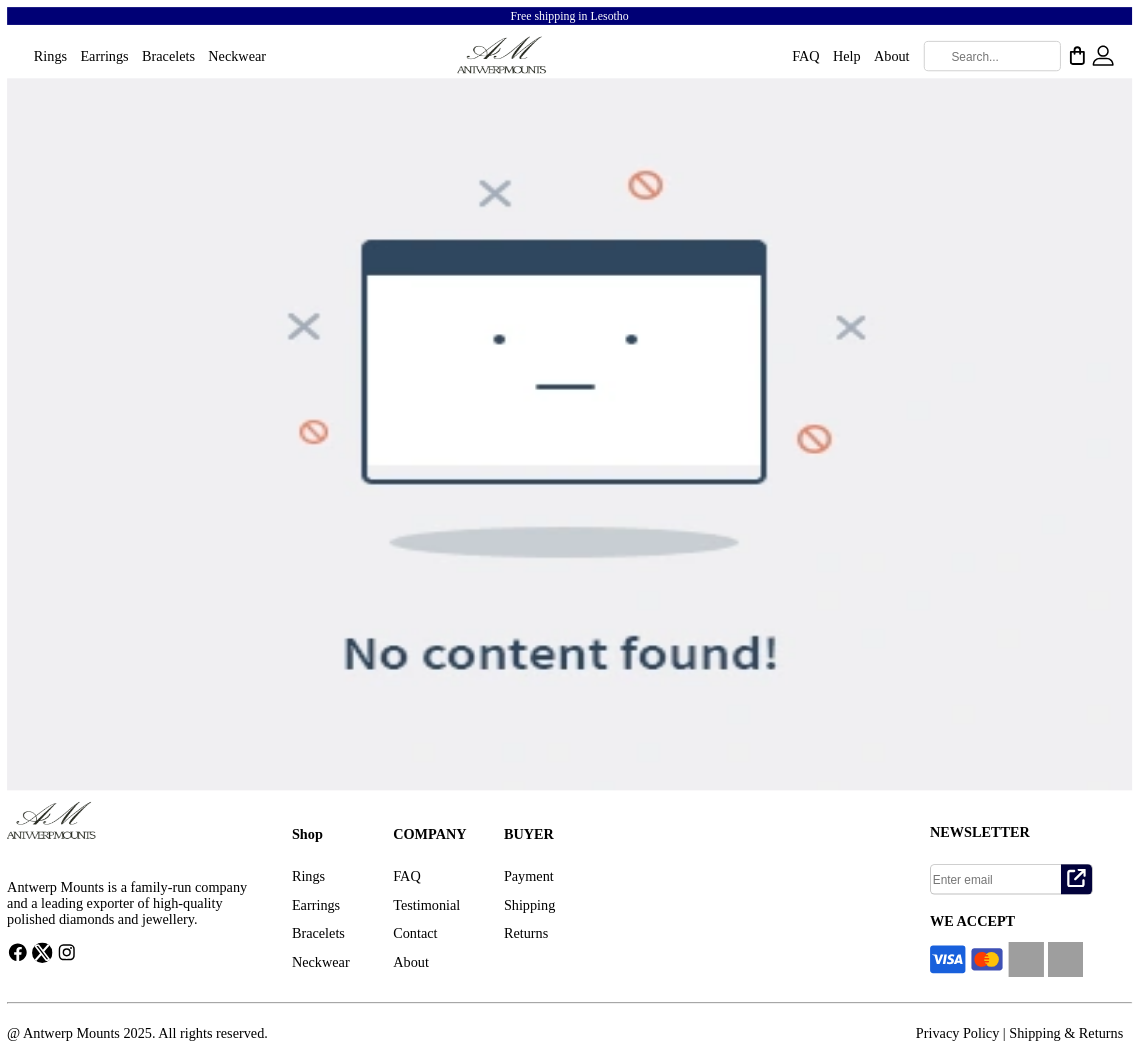
Repository: kea-0424/Web-Development-Project-1
Page: First_collaboration/JewelarySite.html
The author's editor kept a copy of each file at every save. The page is drawn from the files as they stood at one save, then again after the next save.
The browser window is 1280 px wide. The pictures show the whole page, at 89% of full size.
Pictures or frames that could not be fetched are drawn as grey boxes.

Above is the page before, as saved 2025-01-23 11:09:03.

### First_collaboration/JewelarySite.html
<!DOCTYPE html>
<html lang="en">
<head>
    <meta charset="UTF-8">
    <meta name="viewport" content="width=device-width, initial-scale=1.0">
    <title>Document</title>
    <link rel="stylesheet" href="./JewelarySite.css">
</head>
<body>
    <header>
        <div class="notification">
            <span>Free shipping in Lesotho</span>
        </div>
        <nav>
                <ul class="navigations"  id="right_nav">
                    <li class="navbar_links"><a href="#">Rings</a></li>
                    <li class="navbar_links"><a href="#">Earrings</a></li>
                    <li class="navbar_links"><a href="#">Bracelets</a></li>
                    <li class="navbar_links"><a href="#">Neckwear</a></li>
                </ul>

            <div class="logo_container">
<img src="Main_Logo-removebg-preview.png" alt="Logo" class="main_logo" id="Nav_logo">
            </div>
                <ul class="navigations" id="left_nav">
                    <li class="navbar_links"><a href="#">FAQ</a></li>
                    <li class="navbar_links"><a href="#">Help</a></li>
                    <li class="navbar_links"><a href="#">About</a></li>
                </ul>
                <form action="#">
                    <i class='bx bx-search-alt-2'></i>
                    <input class='searchbar' type="text" placeholder="Search...">
                </form>
                <div class="nav_icons">
                    <img src="./cart.svg" alt="Logo" class="icon">
                    <img src="./profile.svg" alt="Logo" class="icon">
                </div>
        </nav>
    </header>
    <main>
        <img src="./NoContent.webp" alt="No_Content" class="No_Content">
    </main>
    <footer>
        <div class="about_us">
            <div class="logo_container">
                <img src="Main_Logo-removebg-preview.png" alt="Logo" class="main_logo">
                            </div>
                            <div class="bio">
                                <p>Antwerp Mounts is a family-run company<br>
                                    and a leading exporter of high-quality<br>
                                   polished diamonds and jewellery.</p>
                            </div>
                                <div class="social_media">
                                    <div class="socials" >
                                        <a href="#"><img src="./bxl-facebook-circle (1).svg" alt="Facebook" id="facebook_link"></a>
                                    </div>
                                    <div class="socials">
                                        <a href="#"><img src="./x-twitter-brands-solid.svg" alt="Twitter" id="X_link"></a>
                                    </div>
                                    <div class="socials">
                                        <a href="#"><img src="./bxl-instagram (1).svg" alt="Instagram" id="instagram_link"></a>
                                    </div>
                                    </div>
        </div>
        <div class="navigation">
            <div class="list1">
                <h4>Shop</h4>
                <ul class="footer_lists">
                    <li><a href="#">Rings</a></li>
                    <li><a href="#">Earrings</a></li>
                    <li><a href="#">Bracelets</a></li>
                    <li><a href="#">Neckwear</a></li>
                </ul>
            </div>
            <div class="list2">
               <h4>COMPANY</h4>
               <ul class="footer_lists">
                <li><a href="#">FAQ</a></li>
                <li><a href="#">Testimonial</a></li>
                <li><a href="#">Contact</a></li>
                <li><a href="#">About</a></li>
               </ul>
            </div>
            <div class="list3">
                <h4>BUYER</h4>
                <ul class="footer_lists">
                    <li><a href="#">Payment</a></li>
                    <li><a href="#">Shipping</a></li>
                    <li><a href="#">Returns</a></li>
                </ul>
            </div>
        </div>
        <div class="Subscription">
            <h4>NEWSLETTER</h4>
            <form action="#">
                <input type="text" placeholder="Enter email" class="newsletter_input">
                <button type="submit" class="submit_btn"><img src="./arrow-up-right-from-square-solid.svg" alt="arrow"></button>
            </form>
            <h4>WE ACCEPT</h4>
            <div class="payment_methods">
                <div class="payment_method">
                    <img src="./cc-visa-brands-solid.svg" alt="visa" id="visa">
                </div>
                <div class="payment_method">
                    <img src="mastercard.svg" alt="mastercard" id="mastercard">
                </div>
                <div class="payment_method">
                    <img src="./paypal.svg" alt="paypal" id="paypal">
        </div>
        <div class="payment_method">
            <img src="./skrill.svg" alt="skrill" id="skrill">
        </div>
            </div>
        </div>
        <hr>
        <div class="copyright">
            <p class="left_details">@ Antwerp Mounts 2025. All rights reserved.</p>
            <p class="right_details">Privacy Policy | Shipping & Returns</p>
        </div>
    </footer>
</body>
</html>

### First_collaboration/JewelarySite.css

body {
    box-sizing: border-box;
}
.notification {
    background-color: rgb(0 0 117);
    color: rgb(255 255 255);
    display: flex;
    align-items: center;
    justify-content: center;
    font-size: smaller;
    width: inherit;
    height: 20px;
}
nav {
    display: flex;
    justify-content: space-between;
    /*padding: 10px;*/
}
.main_logo {
    height: 80px;
    width: 100px;
    margin-top: 0;

}
#Nav_logo {
    margin: 0 auto;
    position: absolute;
    left: 40%;
}
.navigations,.navbar_links {
    list-style-type: none;
    display: flex;
    justify-content: space-between;
list-style: none;
text-decoration: none;
color: inherit;
margin-right: 15px;
padding: 0;
}
nav {
    position:relative;
    width: 100%;
    height: 60px
}

a {
    text-decoration: none;
color: inherit;
}
a:hover {
    /*font-size: larger;*/
    transition: font-size 0.2s ease-in-out;
    position: relative;
    /*background-color: blue;*/
    color: rgba(0 0 255 / 0.26);
    border-radius: 3px;
}
main,.No_Content {
    width: 100%;
    height: 800px;
}
.searchbar {
    width: 120px;
    height: 30px;
    border-radius: 5px;
    border: 1px solid #ccc;
    margin-top: 18px;
    padding-left: 30px;
    position: absolute;
    right: 80px;

}
.navbar_links {
    margin-top: 10px;
}
.icon {
    width: 25px;
    height: 25px;
    margin-top: 22px;
}
#left_nav{
    position: absolute;
    right: 220px;
}
#right_nav {
    position: absolute;
    left: 30px;
}
.nav_icons {
    margin-right: 20px;
}
.socials {
    /*border: 1px solid red;*/
    display: inline;
    height: 50px;
    width: 50px;
}
.bio {
    /*border: 1px solid red;*/
    display: inline-block;
}
#X_link {
    background-color: black;
    height: 23px;
    width: 23px;
    border-radius: 50%;
    display: inline-block;
}
/*.list1,.list2,.list3*/.navigation{
    /*border: 1px solid red;*/
    display: inline-block;
    position: absolute;
    left: 320px;
    top: 20px;
box-sizing: border-box;
}
footer {
    /*border: 1px solid red;*/
    position: relative;
}
.list1,.list2,.list3 {
    /*border: 1px solid red;*/
    display: inline-block;
    box-sizing: border-box;
    margin-right: 5px;
}
.list3 {
    position: relative;
    bottom: 32px;
}
.footer_lists {
    position: relative;
    right: 40px;
    list-style: none;
    line-height: 2em;
}
.newsletter_input {
    height: 30px;
    overflow: hidden;
    border-radius: 5px;
    border: 1px solid rgba(0 0 0 / 0.25);
    position: relative;
    /*z-index: 1;*/
}
.submit_btn {
    background-color: rgb(2 2 59);
    border: 1px solid transparent;
    height: 34px;
    width: 35px;
    position: relative;
    right: 40px;
    top: 4px;
    border-radius:0px 5px 5px 0px;
}
#visa, #mastercard, #paypal, #skrill {
    height: 40px;
    width: 40px;
}
#visa:hover, #mastercard:hover, #paypal:hover, #skrill:hover {
    height: 50px;
    width: 50px;
}
.payment_method {
    /*border: 1px solid red;*/
    display: inline-block;
    position: relative;
    bottom: 8px;
}
.Subscription {
/*border: 1px solid red;*/
display: inline;
position: absolute;
right:5px;
top:18px;
}
hr {
    margin-top: 40px;
}
.copyright {
   /* border: 1px solid red;*/
    position: relative;
}
.left_details {
    /*border: 1px solid red;*/
    display: inline-block;
}
.right_details {
    /*border: 1px solid red;*/
    display: inline;
    position: absolute;
    right: 10px;
}

After the next save:
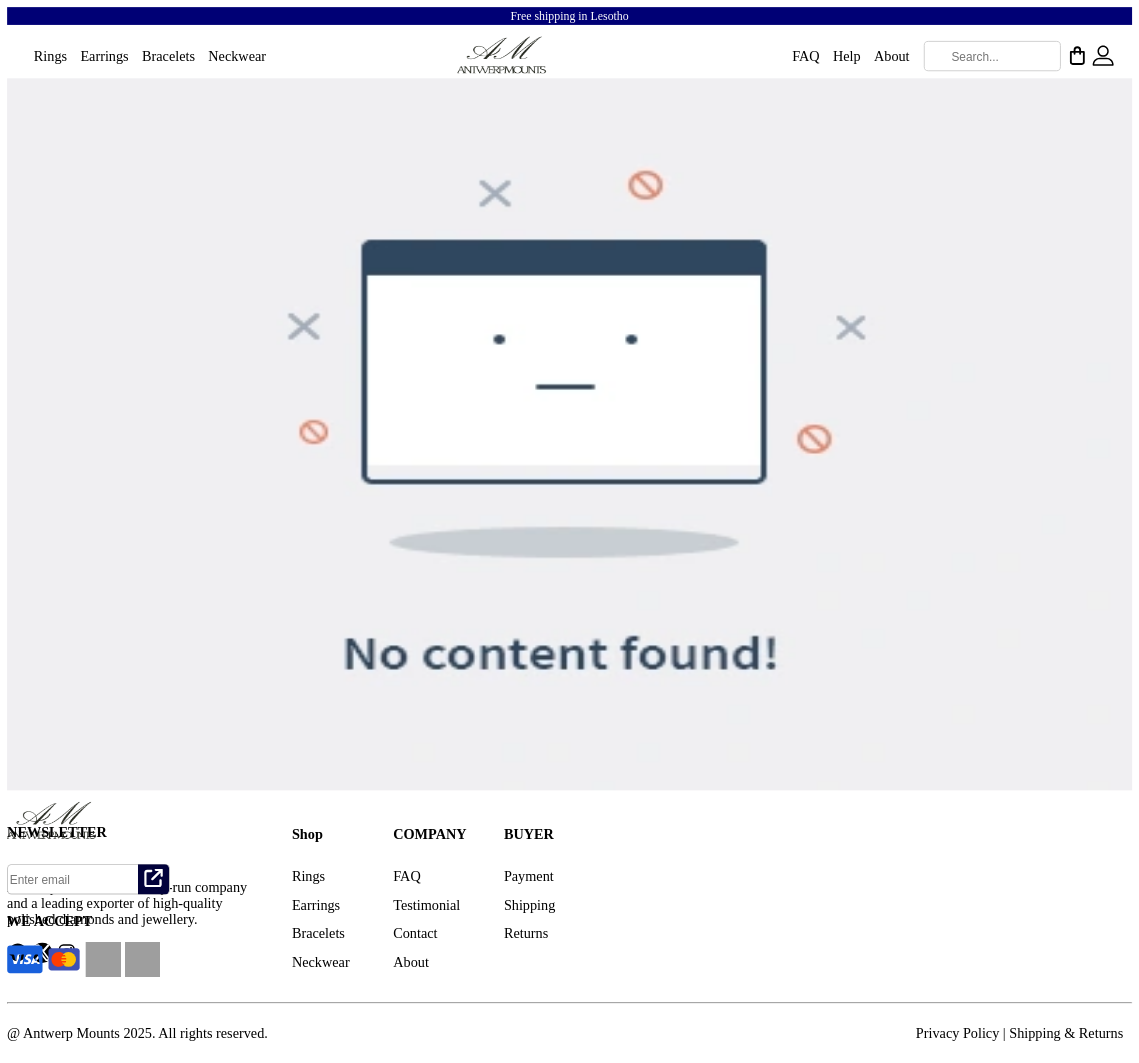
Saved 79 s later.
--- a/First_collaboration/JewelarySite.css
+++ b/First_collaboration/JewelarySite.css
@@ -171,7 +171,6 @@ footer {
 /*border: 1px solid red;*/
 display: inline;
 position: absolute;
-right:5px;
 top:18px;
 }
 hr {
